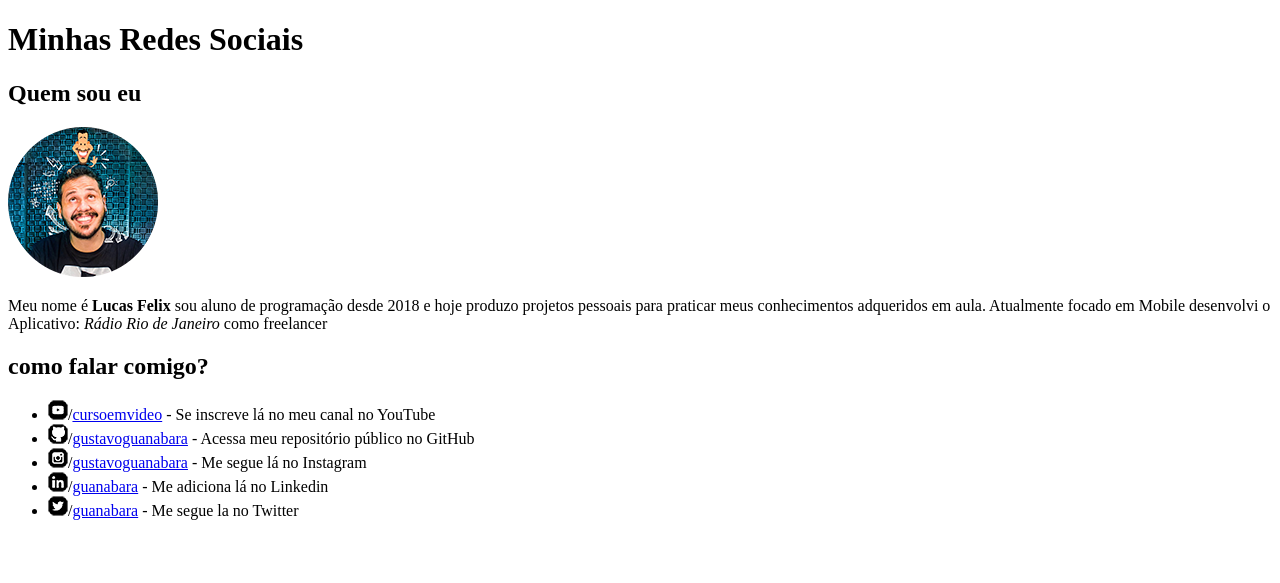
Repository: pheonix5/Estudo
Page: html-css/desafio/d005/index.html
The author's editor kept a copy of each file at every save. The page is drawn from the files as they stood at one save, then again after a run of saves.
The browser window is 1280 px wide. The pictures show the whole page.

Above is the page before, as saved 2023-08-02 20:13:18.

### html-css/desafio/d005/index.html
<!DOCTYPE html>
<html lang="pt-br">
<head>
  <meta charset="UTF-8">
  <meta name="viewport" content="width=device-width, initial-scale=1.0">
  <link rel="shortcut icon" href="imagens/favicon-32x32.png" type="image/x-icon">
  <title>Social</title>
</head>
<body>
  <h1>Minhas Redes Sociais</h1>
  <h2>Quem sou eu</h2>
  <img src="imagens/foto-perfil-guanabara.png" alt="Foto-Perfil">
  <p>Meu nome é <strong>Lucas Felix</strong> sou aluno de programação desde 2018 e hoje produzo projetos pessoais para praticar meus conhecimentos adqueridos em aula. Atualmente focado em Mobile desenvolvi o Aplicativo: <em>Rádio Rio de Janeiro</em> como freelancer</p>
  <h2>como falar comigo?</h2>
  <ul>
    <li><img src="imagens/icone-youtube.png" alt="icon-youtube">/<a href="#">cursoemvideo</a> - Se inscreve lá no meu canal no YouTube</li>

    <li><img src="imagens/icone-github.png" alt="icon-github">/<a href="#">gustavoguanabara</a> - Acessa meu repositório público no GitHub</li>

    <li><img src="imagens/icone-instagram.png" alt="icon-github">/<a href="#">gustavoguanabara</a> - Me segue lá no Instagram</li>

    <li><img src="imagens/icone-linkedin.png" alt="icon-github">/<a href="#">guanabara</a> - Me adiciona lá no Linkedin</li>

    <li><img src="imagens/icone-twitter.png" alt="icon-github">/<a href="#">guanabara</a> - Me segue la no Twitter</li>
  </ul>
  </body>
</html>

After the next 2 saves:
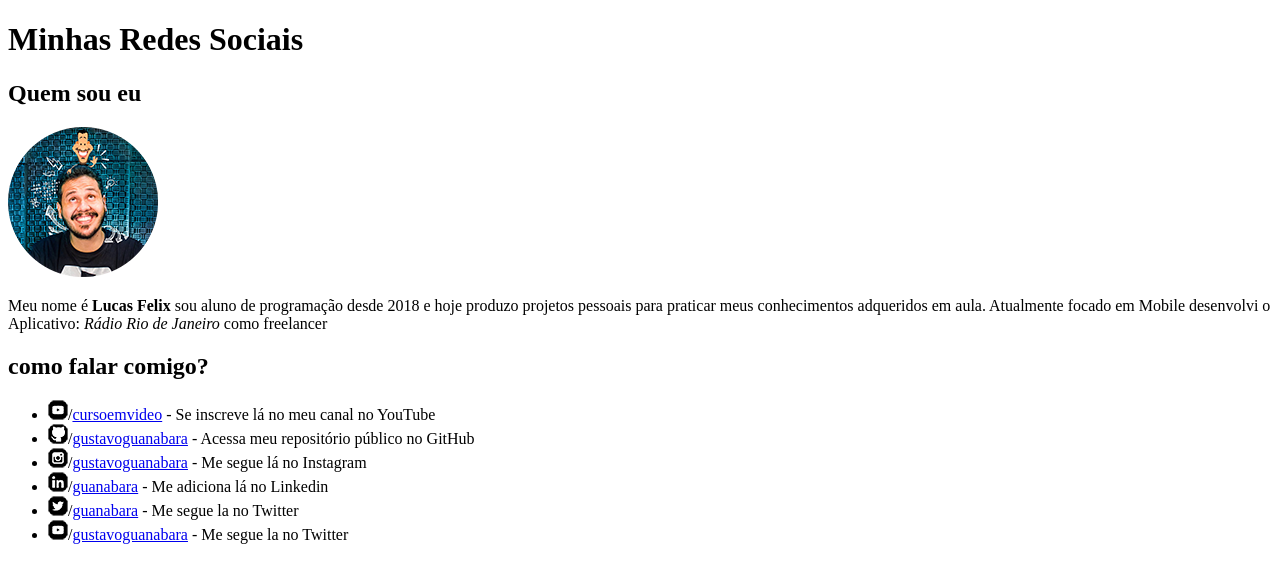
The 2 saves are shown as one change because they came seconds apart.
The last was saved 19 s later.
--- a/html-css/desafio/d005/index.html
+++ b/html-css/desafio/d005/index.html
@@ -22,6 +22,8 @@
     <li><img src="imagens/icone-linkedin.png" alt="icon-github">/<a href="#">guanabara</a> - Me adiciona lá no Linkedin</li>
 
     <li><img src="imagens/icone-twitter.png" alt="icon-github">/<a href="#">guanabara</a> - Me segue la no Twitter</li>
+
+    <li><img src="imagens/icone-youtube.png" alt="icon-github">/<a href="#">gustavoguanabara</a> - Me segue la no Twitter</li>
   </ul>
   </body>
 </html>
